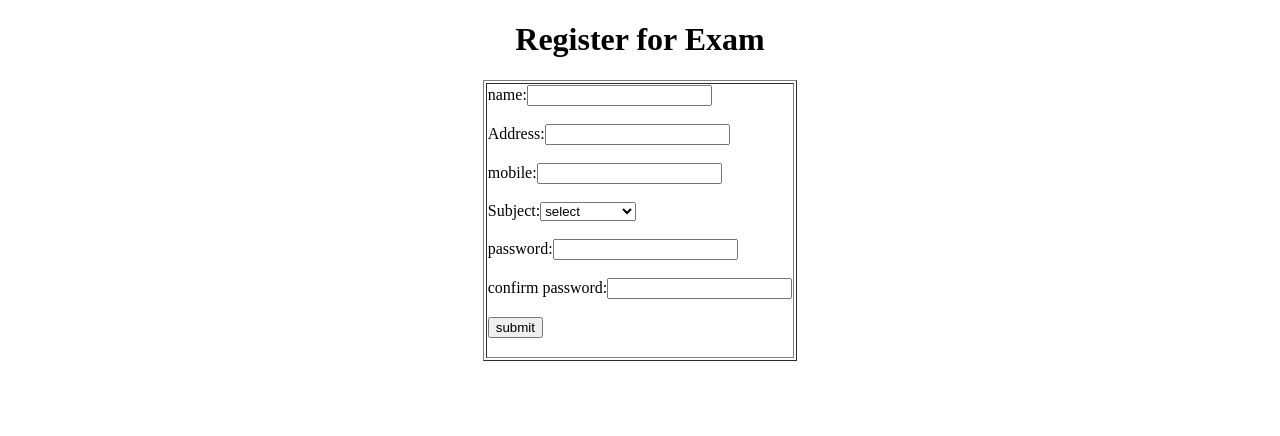
Repository: ravikumar0303/Advance-Java
Page: Assignment/OnlineExam/register.html
The author's editor kept a copy of each file at every save. The page is drawn from the files as they stood at one save, then again after the next save.
The browser window is 1280 px wide. The pictures show the whole page.

Above is the page before, as saved 2023-06-23 03:53:10.

### Assignment/OnlineExam/register.html
<!DOCTYPE html>
<html>
<head>
<meta charset="ISO-8859-1">
<title>online exam</title>

</head>
<center>
	<h1>Register for Exam</h1>
	<body>

		<form>
			<table border>
				<td>name:<input type="text" id="n1"></input>
				<br></br>
					Address:<input type="text" id="a1"></input>
					 <br></br>
				 mobile:<input type="text"	id="m1"></input> <br></br>
					     Subject:<select>
						<option>select</option>
						<option value="cop">COP</option>
						<option value="os">OS</option>
						<option value="dbt">DBT</option>
						<option value="wpt">WPT</option>
						<option value="corejava">CORE JAVA</option>

				</select> <br></br> password:<input type="text" id="p1"></input> <br></br>
					confirm password:<input type="text" id="c1"></input> <br></br>
					<button type="submit" id="b1" value="submit">submit</button> <br></br>
				</td>
			</table>
		</form>

	</body>

</center>

</html>

After the next save:
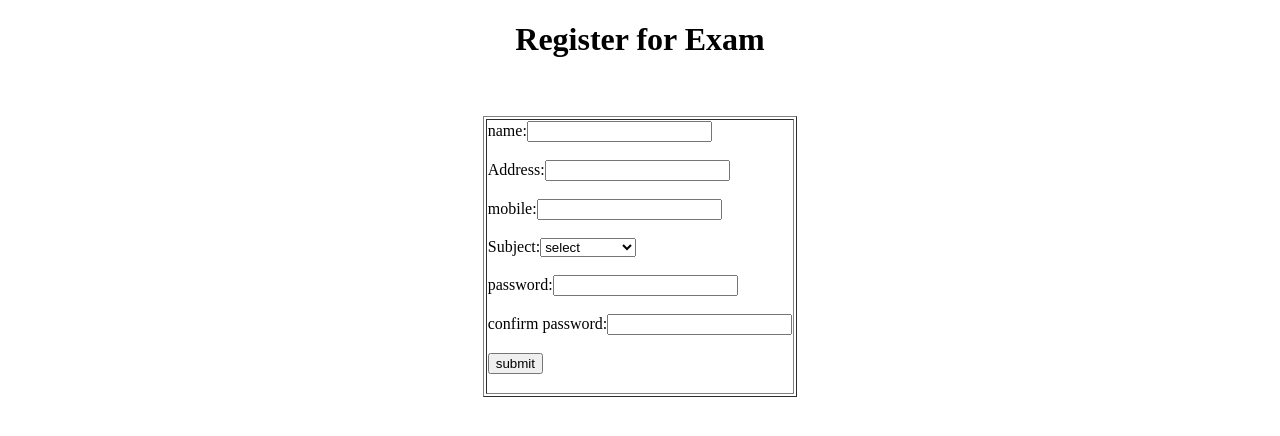
Saved 24 s later.
--- a/Assignment/OnlineExam/register.html
+++ b/Assignment/OnlineExam/register.html
@@ -11,6 +11,7 @@
 
 		<form>
 			<table border>
+			<br></br>
 				<td>name:<input type="text" id="n1"></input>
 				<br></br>
 					Address:<input type="text" id="a1"></input>
@@ -24,7 +25,8 @@
 						<option value="wpt">WPT</option>
 						<option value="corejava">CORE JAVA</option>
 
-				</select> <br></br> password:<input type="text" id="p1"></input> <br></br>
+				</select> <br></br>
+				     password:<input type="text" id="p1"></input> <br></br>
 					confirm password:<input type="text" id="c1"></input> <br></br>
 					<button type="submit" id="b1" value="submit">submit</button> <br></br>
 				</td>
